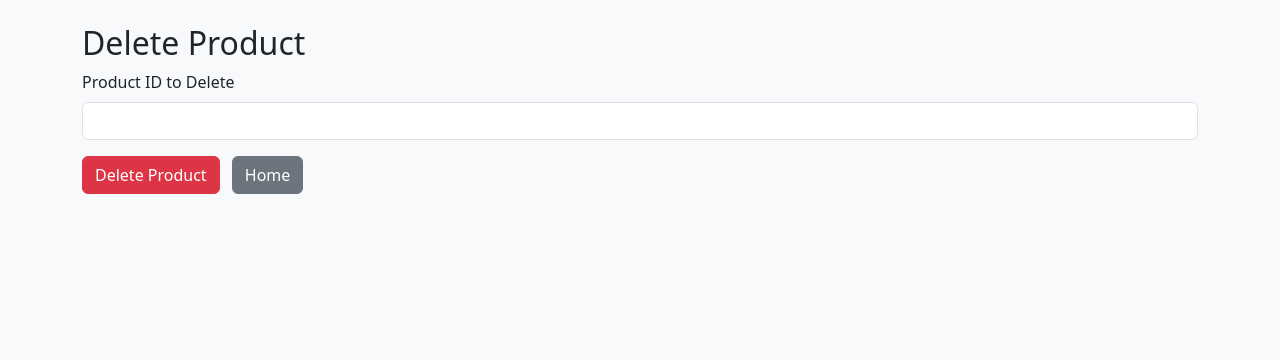
Repository: srushtinb/ProductManagementSystem
Page: http://localhost/ProductManagementSystem/productdelete.jsp
These files come from the project's save history. The page is drawn as it stood at one moment and after the next save; the edit follows.
The browser window is 1280 px wide. The pictures show the whole page.
Some web libraries are served in a nearby version. The page is served by Tomcat 9. Other server files are loaded and not shown.

Above is the page before, as saved 2025-05-27 10:27:49.

### ProductManagementSystem/src/main/webapp/productdelete.jsp
<%@ page contentType="text/html;charset=UTF-8" language="java" %>
<!DOCTYPE html>
<html lang="en">
<head>
    <title>Delete Product</title>
    <link href="https://cdn.jsdelivr.net/npm/bootstrap@5.4.3/dist/css/bootstrap.min.css" rel="stylesheet">
</head>
<body class="bg-light">
<div class="container py-4">
    <h2>Delete Product</h2>
    <form action="DeleteProductServlet" method="post" class="needs-validation" novalidate>
        <div class="mb-3">
            <label for="id" class="form-label">Product ID to Delete</label>
            <input type="number" class="form-control" id="id" name="id" required min="1">
            <div class="invalid-feedback">Please provide Product ID.</div>
        </div>
        <button type="submit" class="btn btn-danger">Delete Product</button>
        <a href="index.jsp" class="btn btn-secondary ms-2">Home</a>
    </form>
    <br/>
    <% if(request.getAttribute("message") != null) { %>
        <div class="alert alert-info"><%= request.getAttribute("message") %></div>
    <% } %>
</div>

<script>
(() => {
  'use strict'
  const forms = document.querySelectorAll('.needs-validation')
  Array.from(forms).forEach(form => {
    form.addEventListener('submit', event => {
      if(!form.checkValidity()) {
        event.preventDefault()
        event.stopPropagation()
      }
      form.classList.add('was-validated')
    }, false)
  })
})()
</script>
</body>
</html>

After the next save:
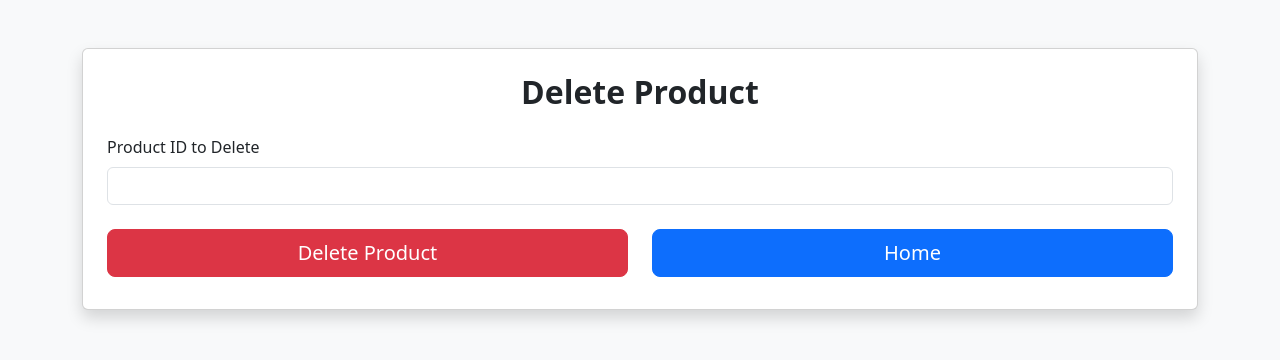
Saved 2 min 1 s later.
--- a/ProductManagementSystem/src/main/webapp/productdelete.jsp
+++ b/ProductManagementSystem/src/main/webapp/productdelete.jsp
@@ -3,40 +3,50 @@
 <html lang="en">
 <head>
     <title>Delete Product</title>
-    <link href="https://cdn.jsdelivr.net/npm/bootstrap@5.4.3/dist/css/bootstrap.min.css" rel="stylesheet">
+    <link href="https://cdn.jsdelivr.net/npm/bootstrap@5.3.0/dist/css/bootstrap.min.css" rel="stylesheet">
 </head>
 <body class="bg-light">
-<div class="container py-4">
-    <h2>Delete Product</h2>
-    <form action="DeleteProductServlet" method="post" class="needs-validation" novalidate>
-        <div class="mb-3">
-            <label for="id" class="form-label">Product ID to Delete</label>
-            <input type="number" class="form-control" id="id" name="id" required min="1">
-            <div class="invalid-feedback">Please provide Product ID.</div>
-        </div>
-        <button type="submit" class="btn btn-danger">Delete Product</button>
-        <a href="index.jsp" class="btn btn-secondary ms-2">Home</a>
-    </form>
-    <br/>
-    <% if(request.getAttribute("message") != null) { %>
-        <div class="alert alert-info"><%= request.getAttribute("message") %></div>
-    <% } %>
+<div class="container py-5">
+    <div class="card shadow p-4">
+        <h2 class="mb-4 text-center fw-bold">Delete Product</h2>
+
+        <form action="DeleteProductServlet" method="post" class="needs-validation" novalidate>
+            <div class="mb-3">
+                <label for="id" class="form-label">Product ID to Delete</label>
+                <input type="number" class="form-control" id="id" name="id" required min="1">
+                <div class="invalid-feedback">Please provide Product ID.</div>
+            </div>
+
+            <div class="row mt-4">
+                <div class="col-md-6 mb-2">
+                    <button type="submit" class="btn btn-danger btn-lg w-100">Delete Product</button>
+                </div>
+                <div class="col-md-6 mb-2">
+                    <a href="index.jsp" class="btn btn-primary btn-lg w-100">Home</a>
+                </div>
+            </div>
+        </form>
+
+        <% if (request.getAttribute("message") != null) { %>
+            <div class="alert alert-info mt-3"><%= request.getAttribute("message") %></div>
+        <% } %>
+    </div>
 </div>
 
 <script>
 (() => {
-  'use strict'
-  const forms = document.querySelectorAll('.needs-validation')
+  'use strict';
+  const forms = document.querySelectorAll('.needs-validation');
   Array.from(forms).forEach(form => {
     form.addEventListener('submit', event => {
-      if(!form.checkValidity()) {
-        event.preventDefault()
-        event.stopPropagation()
+      if (!form.checkValidity()) {
+        event.preventDefault();
+        event.stopPropagation();
       }
-      form.classList.add('was-validated')
-    }, false)
-  })
-})()
+      form.classList.add('was-validated');
+    }, false);
+  });
+})();
 </script>
 </body>
 </html>
